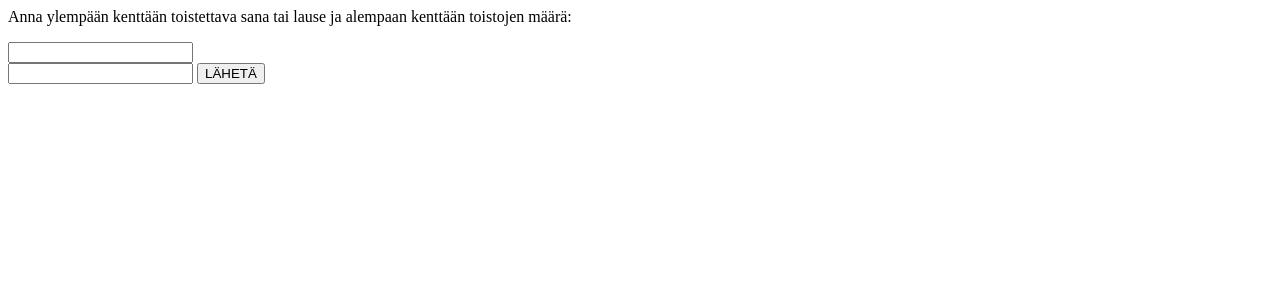
Repository: koodaajakige/knykanen
Page: public_html/be/sanatoisto.html
These files come from the project's save history. The page is drawn as it stood at one moment and after the next save; the edit follows.
The browser window is 1280 px wide. The pictures show the whole page.

Above is the page before, as saved 2022-11-02 06:52:36.

After the next save:
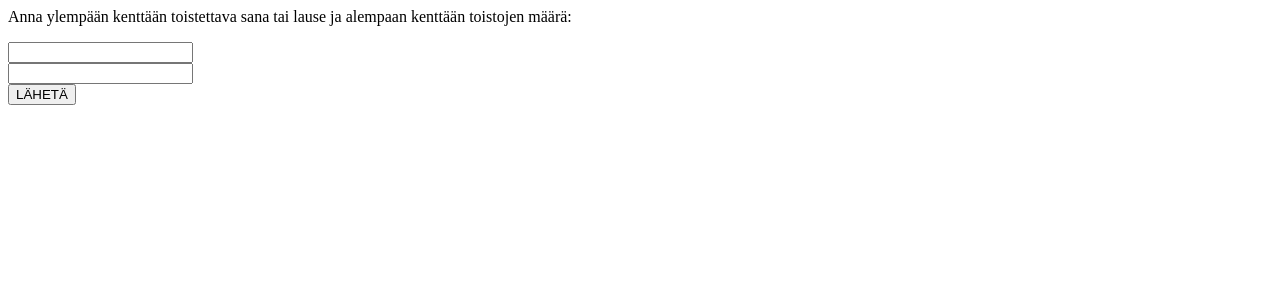
Saved 15 s later.
--- a/public_html/be/sanatoisto.html
+++ b/public_html/be/sanatoisto.html
@@ -7,7 +7,7 @@
 
 <form action="sanatoisto.php" method="GET">
     <input type="text" name="teksti" /><br>
-    <input type="text" name="luku" />
+    <input type="text" name="luku" /><br>
     <input type="submit" value="LÄHETÄ" />
 </form>
 </body>
